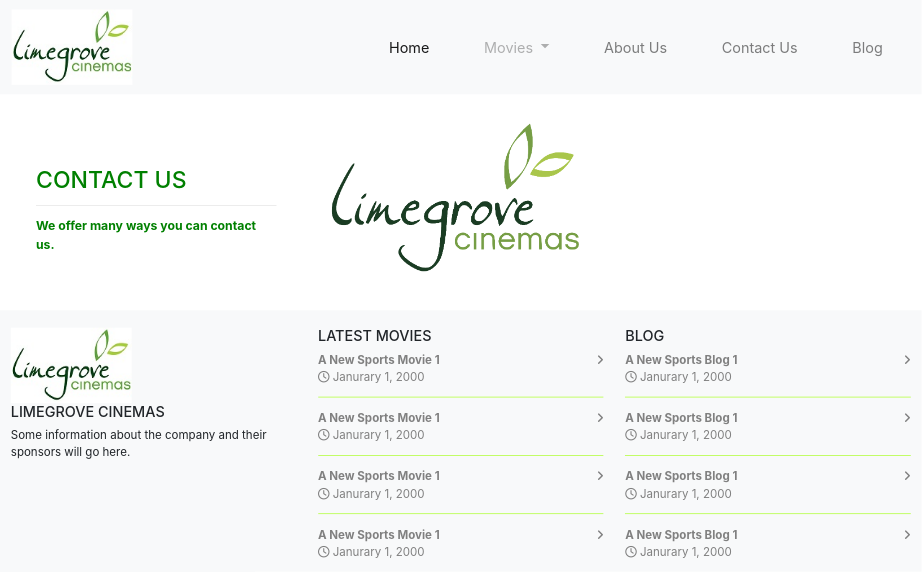
Repository: SimplyZacc/movie-web-template
Page: http://localhost/contactus.php
These files come from the project's save history. The page is drawn as it stood at one moment and after the next save; the edit follows.
The browser window is 1280 px wide. The pictures show the whole page, at 72% of full size.
Some web libraries are served in a nearby version. The page is run by PHP 8.4 with error messages shown; the project is at /var/www/html/.

Above is the page before, as saved 2020-03-28 11:57:01.

### contactus.php
<?php
//set page vars
$title = "Contact Us";
//include page header
include "templates/header.php";
?>

<div class="contact-head">
    <div class="contact-head-body">
        <h2>CONTACT US</h2>
        <hr>
        <p>We offer many ways you can contact us.</p>
    </div>
</div>

<div class="contact-body">

</div>

<?php include "templates/footer.php"; ?>

### templates/header.php
<?php
session_start();
?>
<!DOCTYPE html>
<html lang="en">

<head>
    <meta charset="UTF-8">
    <meta name="viewport" content="width=device-width, initial-scale=1.0">

    <title>
        <?php
        $default_header = "Limegrove Cinemas";
        if (isset($title)) {
            echo "Limegrove Cinemas - " . $title;
        } else {
            echo $default_header;
        }
        ?>
    </title>

    <!-- CSS -->
    <link rel="stylesheet" href="https://stackpath.bootstrapcdn.com/bootstrap/4.4.1/css/bootstrap.min.css" integrity="sha384-Vkoo8x4CGsO3+Hhxv8T/Q5PaXtkKtu6ug5TOeNV6gBiFeWPGFN9MuhOf23Q9Ifjh" crossorigin="anonymous">
    <link rel="stylesheet" href="assets/css/styles.css">
    <link rel="stylesheet" href="movie-web-template/assets/css/styles.css">

    <!-- JavaScript -->
    <script src="https://code.jquery.com/jquery-3.4.1.slim.min.js" integrity="sha384-J6qa4849blE2+poT4WnyKhv5vZF5SrPo0iEjwBvKU7imGFAV0wwj1yYfoRSJoZ+n" crossorigin="anonymous"></script>
    <script src="https://cdn.jsdelivr.net/npm/popper.js@1.16.0/dist/umd/popper.min.js" integrity="sha384-Q6E9RHvbIyZFJoft+2mJbHaEWldlvI9IOYy5n3zV9zzTtmI3UksdQRVvoxMfooAo" crossorigin="anonymous"></script>
    <script src="https://stackpath.bootstrapcdn.com/bootstrap/4.4.1/js/bootstrap.min.js" integrity="sha384-wfSDF2E50Y2D1uUdj0O3uMBJnjuUD4Ih7YwaYd1iqfktj0Uod8GCExl3Og8ifwB6" crossorigin="anonymous"></script>
    <script src="https://kit.fontawesome.com/e9662c41f5.js" crossorigin="anonymous"></script>

</head>

<body>

    <nav class="navbar navbar-expand-lg navbar-light bg-light">


        <div class="collapse navbar-collapse" id="navbarSupportedContent">
            <ul class="navbar-nav mr-auto">
                <a class="navbar-brand" href="#"><img src="assets/images/logo.jpg" alt="Cinema Logo"></a>
                <button class="navbar-toggler" type="button" data-toggle="collapse" data-target="#navbarSupportedContent" aria-controls="navbarSupportedContent" aria-expanded="false" aria-label="Toggle navigation">
                    <span class="navbar-toggler-icon"></span>
                </button>
            </ul>

            <ul class="navbar-nav navbar-right">

                <li class="nav-item active p-r-10">
                    <a class="nav-link" href="#">Home <span class="sr-only">(current)</span></a>
                </li>
                <li class="nav-item dropdown p-r-10">
                    <a class="nav-link dropdown-toggle disabled" href="#" id="navbarDropdown" role="button" data-toggle="dropdown" aria-haspopup="true" aria-expanded="false">
                        Movies
                    </a>
                    <div class="dropdown-menu" aria-labelledby="navbarDropdown">
                        <a class="dropdown-item" href="#">Recently Added</a>
                        <a class="dropdown-item" href="#">Popular</a>
                        <a class="dropdown-item" href="#">Soon Added</a>
                    </div>
                </li>

                <li class="nav-item ">
                    <a class="nav-link" href="aboutus.php">About Us</a>
                </li>

                <li class="nav-item p-r-10">
                    <a class="nav-link" href="contactus.php">Contact Us</a>
                </li>

                <li class="nav-item p-r-10">
                    <a class="nav-link" href="blog.php">Blog</a>
                </li>
            </ul>

        </div>
    </nav>

### templates/footer.php
<footer class="page-footer font-small pt-4 bg-light">

    <div class="container-fluid text-center text-md-left">

        <div class="row">

            <div class="col-md-4 mt-md-0 mt-3">

                <img src="assets/images/logo.jpg" alt="">
                <h5 class="text-uppercase">Limegrove Cinemas</h5>
                <p style="height: 100px">Some information about the company and their sponsors will go here.</p>

            </div>

            <hr class="clearfix w-100 d-md-none pb-3">

            <div class="col-md-4 mb-md-0 mb-3">

                <h5 class="text-uppercase bold">Latest Movies</h5>

                <ul class="list-unstyled grey">
                    <li>
                        <a href="#" class="footer-link">A New Sports Movie 1 <span style="float: right"><i class="fas fa-angle-right"></i></span></a>
                        <br>
                        <p><i class="far fa-clock"></i> Janurary 1, 2000</p>
                    </li>
                    <hr style="border-color: greenyellow;">
                    <li>
                        <a href="#" class="footer-link">A New Sports Movie 1 <span style="float: right"><i class="fas fa-angle-right"></i></span></a>
                        <br>
                        <p><i class="far fa-clock"></i> Janurary 1, 2000</p>
                    </li>
                    <hr style="border-color: greenyellow;">
                    <li>
                        <a href="#" class="footer-link">A New Sports Movie 1 <span style="float: right"><i class="fas fa-angle-right"></i></span></a>
                        <br>
                        <p><i class="far fa-clock"></i> Janurary 1, 2000</p>
                    </li>
                    <hr style="border-color: greenyellow;">
                    <li>
                        <a href="#" class="footer-link">A New Sports Movie 1 <span style="float: right"><i class="fas fa-angle-right"></i></span></a>
                        <br>
                        <p><i class="far fa-clock"></i> Janurary 1, 2000</p>
                    </li>
                </ul>

            </div>

            <hr class="clearfix w-100 d-md-none pb-3">

            <div class="col-md-4 mb-md-0 mb-3">

                <h5 class="text-uppercase bold">Blog</h5>

                <ul class="list-unstyled grey">
                    <li>
                        <a href="#" class="footer-link">A New Sports Blog 1 <span style="float: right"><i class="fas fa-angle-right"></i></span></a>
                        <br>
                        <p><i class="far fa-clock"></i> Janurary 1, 2000</p>
                    </li>
                    <hr style="border-color: greenyellow;">
                    <li>
                        <a href="#" class="footer-link">A New Sports Blog 1 <span style="float: right"><i class="fas fa-angle-right"></i></span></a>
                        <br>
                        <p><i class="far fa-clock"></i> Janurary 1, 2000</p>
                    </li>
                    <hr style="border-color: greenyellow;">
                    <li>
                        <a href="#" class="footer-link">A New Sports Blog 1 <span style="float: right"><i class="fas fa-angle-right"></i></span></a>
                        <br>
                        <p><i class="far fa-clock"></i> Janurary 1, 2000</p>
                    </li>
                    <hr style="border-color: greenyellow;">
                    <li>
                        <a href="#" class="footer-link">A New Sports Blog 1 <span style="float: right"><i class="fas fa-angle-right"></i></span></a>
                        <br>
                        <p><i class="far fa-clock"></i> Janurary 1, 2000</p>
                    </li>
                </ul>

            </div>

        </div>

    </div>

</footer>

</body>
</html>

### assets/css/styles.css
.hr{
    border-color: whitesmoke;
}

.grey{
    color: grey;
}

.footer-link{
    font-weight: bold;
    text-decoration: none;
    color: grey;
}

.footer-link:hover{
    text-decoration: none;
    color: #13df13;
    transition-duration: 0.5s;
}

.navbar-nav > li{
    padding-left:30px;
    padding-right:30px;
    font-size: 20px;
}

/****************************************** Contact Us Page ******************************************/

.contact-head{
    height: 300px;
    width: 100%;
    background-image: url('/assets/images/lgcgreenlogo.png');
    background-position-x: center;
    background-repeat: no-repeat;
    background-size: contain;
}

.contact-head-body{
    font-weight: bold;
    font-size: 17px;
    color: green;
    width: 30%;
    padding-left: 50px;
    padding-top: 100px;
}

After the next save:
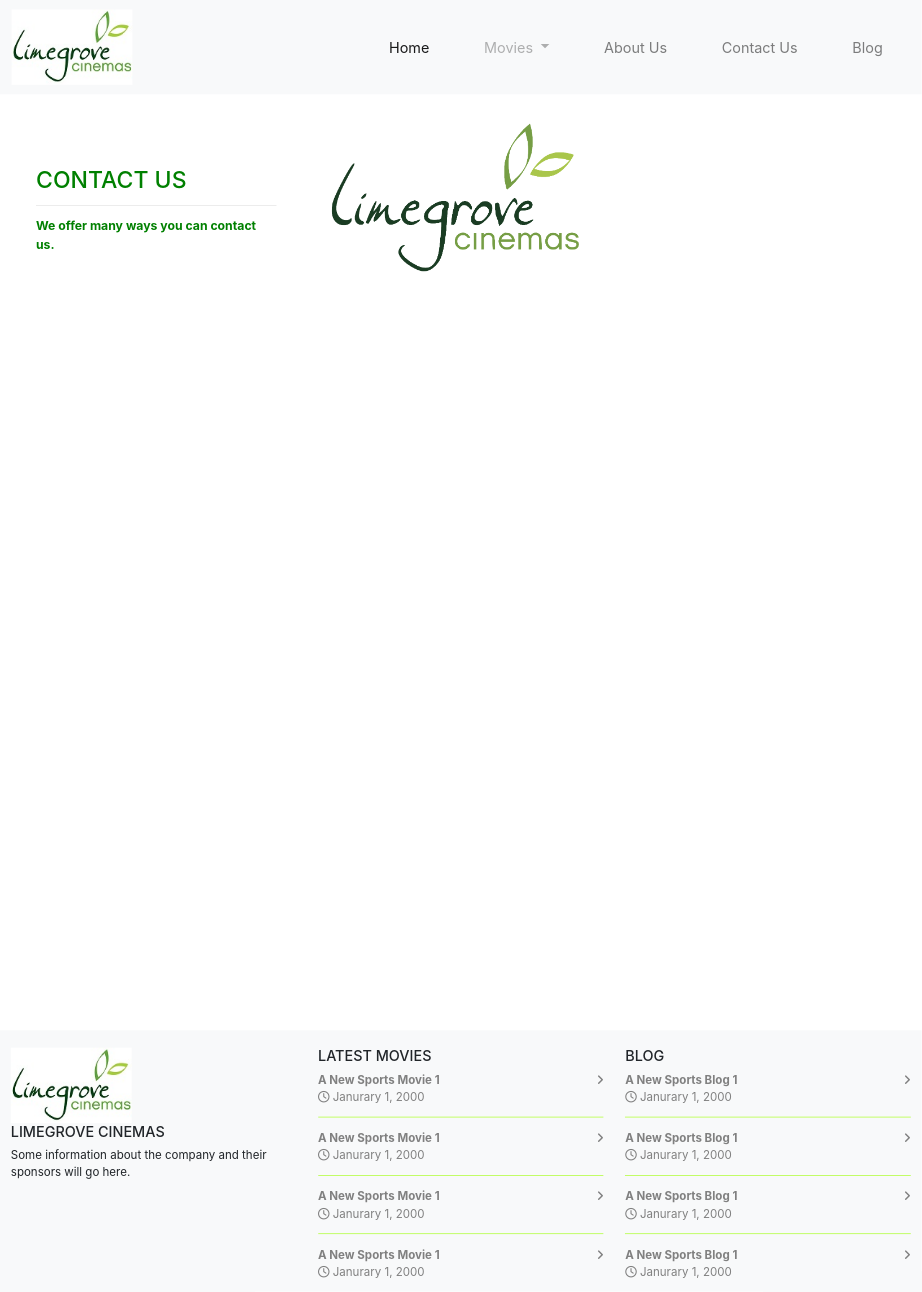
Saved 16 s later.
--- a/assets/css/styles.css
+++ b/assets/css/styles.css
@@ -43,3 +43,7 @@
     padding-left: 50px;
     padding-top: 100px;
 }
+
+.contact-body{
+    height: 1000px;
+}
